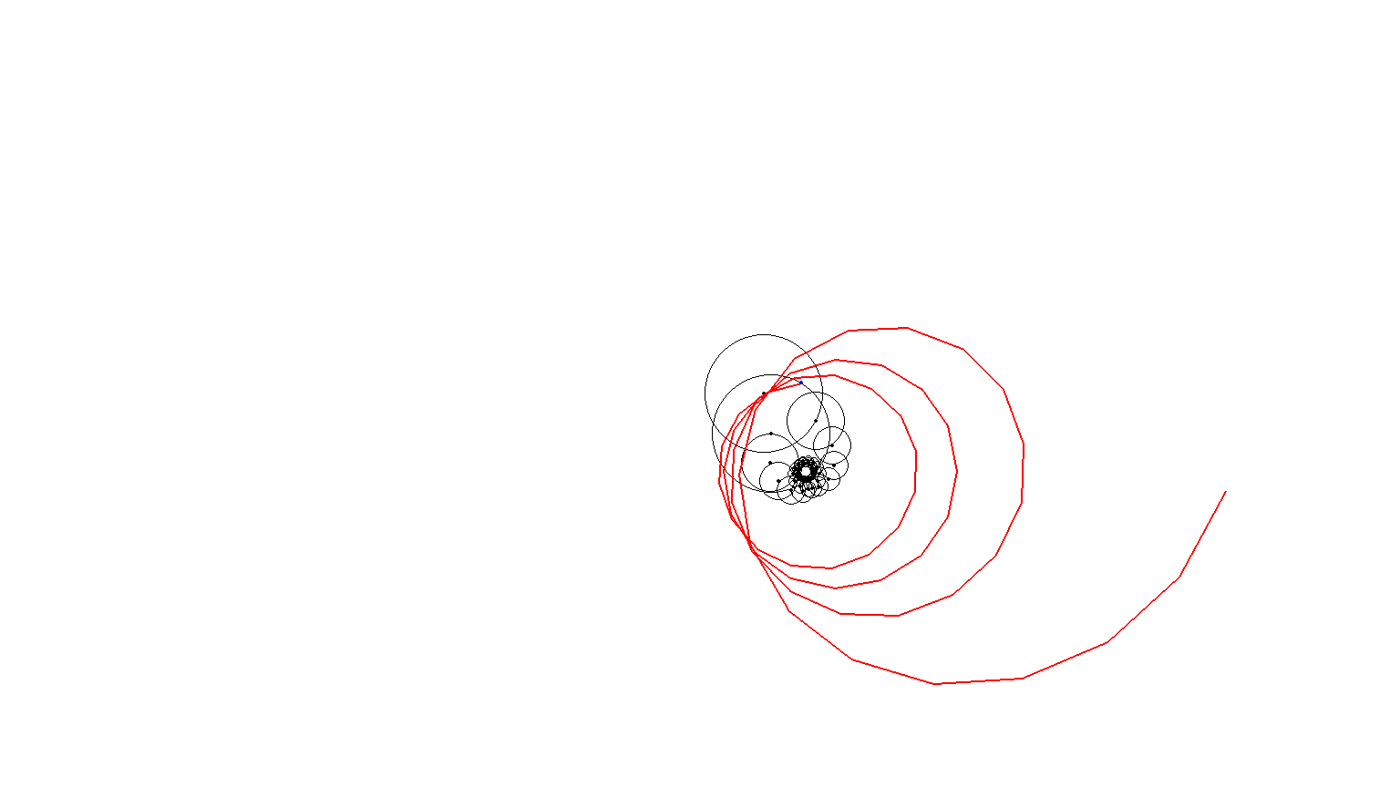
Repository: Liuuuv/animation_cercles
Script's output: python animation cercles.py
These files come from the project's save history. The script's output is drawn as it stood at one moment and after the next save; the edit follows.
Figures wider than 1,400 px are first shrunk to that width. The window is shown after at most 60 frames with no key pressed. Random numbers start from a fixed seed.

Above is the script's output before, as saved 2024-11-08 19:06:14.

### animation cercles.py
import pygame as py
import math
import random as rd
import time
import scipy
import numpy as np
import scipy.integrate

py.init()



blanc=(255,255,255)
noir=(0,0,0)

rouge=(255,0,0)
vert=(0,255,0)
bleu=(0,0,255)


class Cercle:
    def __init__(self,rayon,vitesse):
        self.vitesse=vitesse
        self.rayon=rayon
        self.pos=None
        self.angle=0

class Marqueur:
    def __init__(self):
        self.pos=[0,0]



class Affichage:
    def __init__(self,facteur):
        self.dimensions=(int(1920*facteur),int(1080*facteur))
        self.fenetre=py.display.set_mode(self.dimensions)
        self.centre=(self.dimensions[0]//2+70,self.dimensions[1]//2)
        self.nb_cercles=nb_cercles


        self.marqueur=Marqueur()

        self.dt=1/120

        self.liste_cercles=[]
        self.liste_rayons=[]
        self.liste_points=[]

        self.calculer_coefficients()


        self.initialiser_cercles()


    def creer_cercle(self,rayon,vitesse):
        cercle=Cercle(rayon,vitesse)
        self.liste_cercles.append(cercle)
        return cercle

    def initialiser_cercles(self):
        pos=[self.centre[0],self.centre[1]]
        echelle=200
        for n in range(self.nb_cercles):
            cercle=self.creer_cercle(self.liste_rayons[n]*echelle,n)
            cercle.pos=pos[:]
            pos[0]+=cercle.rayon

    def mettre_a_jour_cercles(self):
        self.liste_cercles[0].angle+=self.liste_cercles[0].vitesse*self.dt
        for i in range(1,self.nb_cercles):
            self.liste_cercles[i].pos[0]=self.liste_cercles[i-1].pos[0]+self.liste_cercles[i-1].rayon*math.cos(self.liste_cercles[i-1].angle)
            self.liste_cercles[i].pos[1]=self.liste_cercles[i-1].pos[1]+self.liste_cercles[i-1].rayon*math.sin(self.liste_cercles[i-1].angle)

            self.liste_cercles[i].angle+=self.liste_cercles[i].vitesse*self.dt

    def mettre_a_jour_marqueur(self):

        self.marqueur.pos[0]=self.liste_cercles[-1].pos[0]+self.liste_cercles[-1].rayon*math.cos(self.liste_cercles[-1].angle)
        self.marqueur.pos[1]=self.liste_cercles[-1].pos[1]+self.liste_cercles[-1].rayon*math.sin(self.liste_cercles[-1].angle)

        self.liste_points.append(self.marqueur.pos[:])



    def dessiner(self):
        for i in range(len(self.liste_points)-1):
            py.draw.line(self.fenetre,rouge,self.liste_points[i],self.liste_points[i+1],2)

        py.draw.circle(self.fenetre,bleu,self.marqueur.pos,2)

    def dessiner_cercles(self):
        for cercle in self.liste_cercles:
            py.draw.circle(self.fenetre,noir,cercle.pos,2)
            py.draw.circle(self.fenetre,noir,cercle.pos,abs(cercle.rayon),1)

    def fonction(self,t):
        # if t<=math.pi:
        #     return (-2*t/math.pi)+1
        # else:
        #     return (2*t/math.pi)-3

        # if t<np.pi/4:
        #     return (1-t)*(1+1j)
        # elif t<3*np.pi/3:
        #     return t*(1+1j)+(1-t)*(-1+1j)
        # elif t<5*np.pi/3:
        #     return t*(-1+1j)+(1-t)*(-1-1j)
        # else:
        #     return t*(-1-1j)

        return np.cos(t)+1j*np.sin(t)

    def exp_complexe(self,t):
        return np.exp(1j*t)

    def calculer_coefficients(self):
        # for n in range(self.nb_cercles):
        #     resultat=scipy.integrate.quad(lambda t:self.fonction(t)*self.exp_complexe(-n*t).real,0,np.pi)[0] + 1j*scipy.integrate.quad(lambda t:self.fonction(t)*self.exp_complexe(-n*t).imag,0,np.pi)[0]
        #     print(resultat)
        #     resultat/=2*np.pi
        #     self.liste_rayons.append(abs(resultat))

        x_values = np.linspace(-1, 1, num=self.nb_cercles)
        # Calculer la transformée de Fourier discrète
        coefficients = np.fft.fft(x_values) / len(x_values)


        for n in range(self.nb_cercles):
            self.liste_rayons.append(abs(coefficients[n]))




    def loop(self):
        horloge=py.time.Clock()

        police=py.font.Font(None, 36)

        # boucle de jeu
        continuer=True
        # time.sleep(0.3)
        while continuer:
            for event in py.event.get():
                if event.type==py.QUIT:
                    continuer=False
                if event.type==py.KEYDOWN:
                    if event.key==py.K_ESCAPE:
                        continuer=False
            horloge.tick(120)
            py.display.set_caption(str(round(horloge.get_fps(),1)))


            self.fenetre.fill(blanc)

            self.dessiner_cercles()
            self.dessiner()

            self.mettre_a_jour_cercles()
            self.mettre_a_jour_marqueur()




            # texte_surface1 = police.render("number of circles: "+str(nb_cercles-1),False,noir)
            # self.fenetre.blit(texte_surface1,(655,200))

            py.display.flip()

        py.quit()


nb_cercles=50




facteur=0.8

affichage=Affichage(facteur)
affichage.loop()

After the next save:
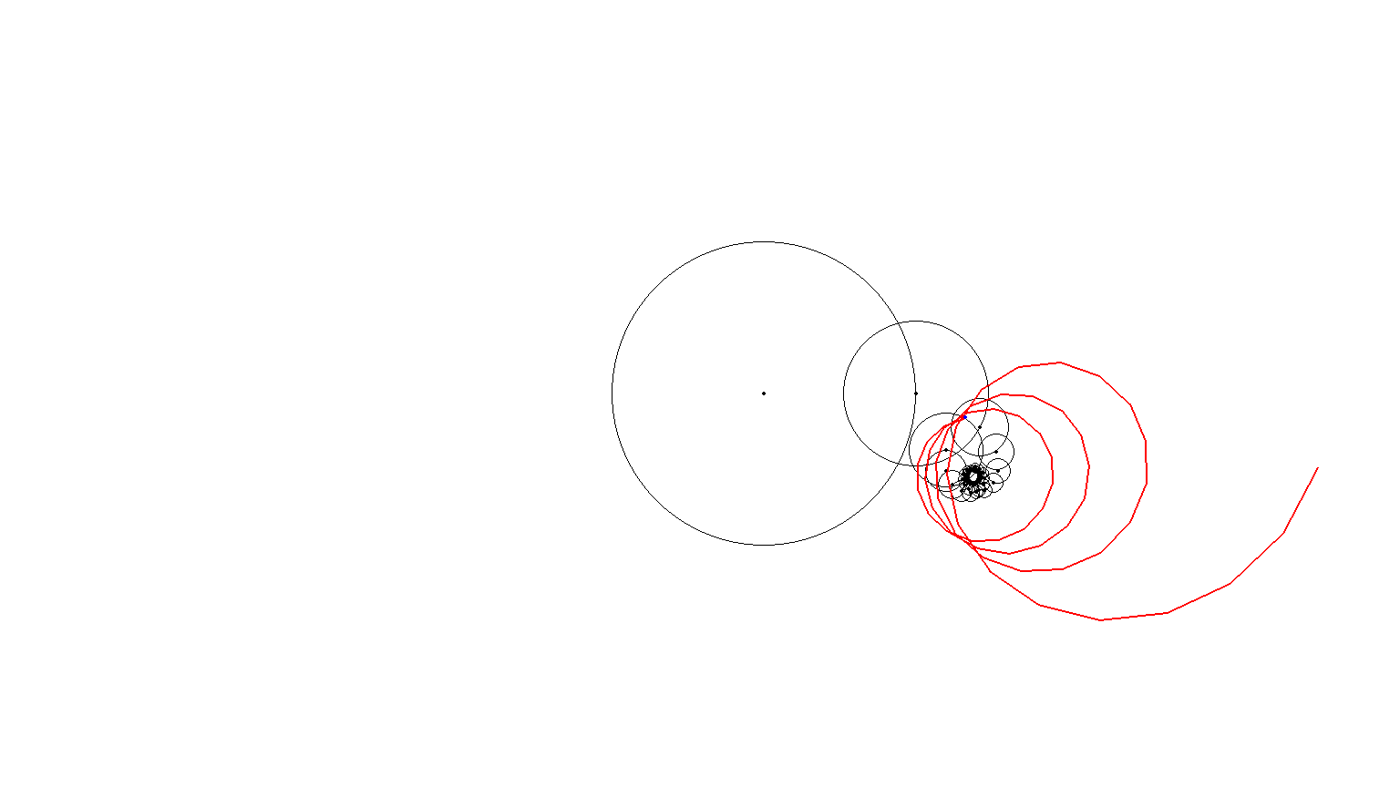
Saved 38 s later.
--- a/animation cercles.py
+++ b/animation cercles.py
@@ -123,7 +123,7 @@ class Affichage:
 
         x_values = np.linspace(-1, 1, num=self.nb_cercles)
         # Calculer la transformée de Fourier discrète
-        coefficients = np.fft.fft(x_values) / len(x_values)
+        coefficients = np.fft.fft([self.fonction(t) for t in x_values]) / len(x_values)
 
 
         for n in range(self.nb_cercles):
